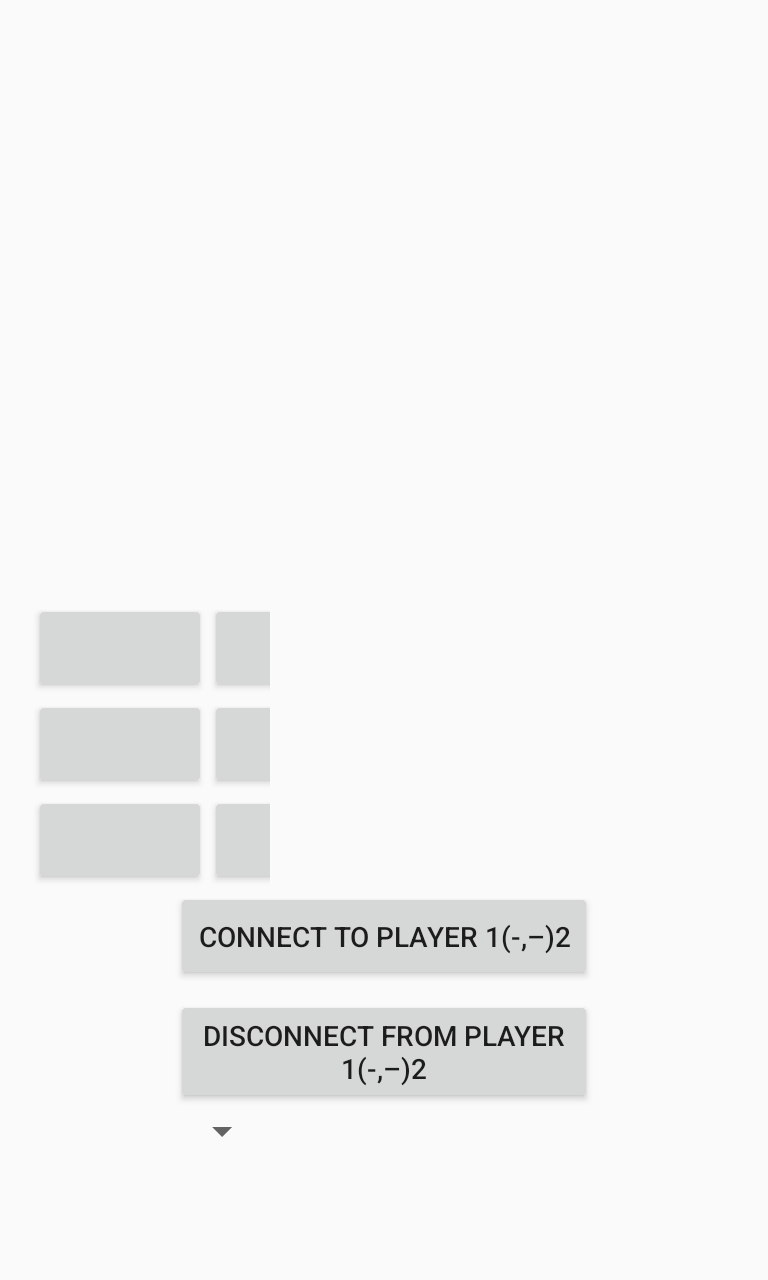
Repository: BananaGames/telecommProject
Layout: client/TelecommClient/res/layout/activity_main.xml
An editor plug-in stored every save of this project. The layout is shown before and after the next save, followed by the edit.
It is drawn on a 768 x 1280 px phone screen (xhdpi) without system bars, with theme AppTheme; the app's code is not run.

Above is the layout before, as saved 2014-11-17 23:52:19.

### client/TelecommClient/res/layout/activity_main.xml
<RelativeLayout xmlns:android="http://schemas.android.com/apk/res/android"
    xmlns:tools="http://schemas.android.com/tools"
    android:layout_width="match_parent"
    android:layout_height="match_parent"
    android:paddingBottom="@dimen/activity_vertical_margin"
    android:paddingLeft="@dimen/activity_horizontal_margin"
    android:paddingRight="@dimen/activity_horizontal_margin"
    android:paddingTop="@dimen/activity_vertical_margin"
    tools:context="com.example.telecommclient.MainActivity" >

    <Button
        android:id="@+id/buttonConnect"
        android:layout_width="wrap_content"
        android:layout_height="wrap_content"
        android:layout_alignParentBottom="true"
        android:layout_centerHorizontal="true"
        android:layout_marginBottom="132dp"
        android:text="@string/connect_string" />

    <Button
        android:id="@+id/button2"
        android:layout_width="wrap_content"
        android:layout_height="wrap_content"
        android:layout_alignLeft="@+id/buttonConnect"
        android:layout_alignRight="@+id/buttonConnect"
        android:layout_alignTop="@+id/buttonConnect"
        android:layout_marginTop="54dp"
        android:text="@string/disconnect_string" />

    <Spinner
        android:id="@+id/spinner1"
        android:layout_width="wrap_content"
        android:layout_height="wrap_content"
        android:layout_alignLeft="@+id/button2"
        android:layout_below="@+id/button2" />

    <TableLayout
        android:layout_width="wrap_content"
        android:layout_height="wrap_content"
        android:layout_above="@+id/buttonConnect"
        android:layout_alignParentLeft="true"
        android:layout_alignRight="@+id/spinner1" >

        <TableRow
            android:id="@+id/tableRow1"
            android:layout_width="wrap_content"
            android:layout_height="wrap_content" >

            <Button
                android:id="@+id/buttonTopLeft"
                android:layout_width="wrap_content"
                android:layout_height="wrap_content" />

            <Button
                android:id="@+id/buttonTopMiddle"
                android:layout_width="wrap_content"
                android:layout_height="wrap_content" />

            <Button
                android:id="@+id/buttonTopRight"
                android:layout_width="wrap_content"
                android:layout_height="wrap_content" />

        </TableRow>

        <TableRow
            android:id="@+id/tableRow2"
            android:layout_width="wrap_content"
            android:layout_height="wrap_content" >

            <Button
                android:id="@+id/buttonMidLeft"
                android:layout_width="wrap_content"
                android:layout_height="wrap_content"/>

            <Button
                android:id="@+id/buttonMidMid"
                android:layout_width="wrap_content"
                android:layout_height="wrap_content" />

            <Button
                android:id="@+id/buttonMidRight"
                android:layout_width="wrap_content"
                android:layout_height="wrap_content" />

        </TableRow>

        <TableRow
            android:id="@+id/tableRow3"
            android:layout_width="wrap_content"
            android:layout_height="wrap_content" >

            <Button
                android:id="@+id/buttonBotLeft"
                android:layout_width="wrap_content"
                android:layout_height="wrap_content" />

            <Button
                android:id="@+id/buttonBotMid"
                android:layout_width="wrap_content"
                android:layout_height="wrap_content" />

            <Button
                android:id="@+id/buttonBotRight"
                android:layout_width="wrap_content"
                android:layout_height="wrap_content" />

        </TableRow>
    </TableLayout>

</RelativeLayout>

### client/TelecommClient/res/values/strings.xml
<?xml version="1.0" encoding="utf-8"?>
<resources>

    <string name="app_name">TelecommClient</string>
    <string name="hello_world">Hello world!</string>
    <string name="action_settings">Settings</string>
    <string name="connect_string">Connect to Player 1(-,&#8211;)2</string>
	<string name="disconnect_string">Disconnect from Player 1(-,&#8211;)2</string>

</resources>

Loaded but not shown: client/TelecommClient/res/values/styles.xml (common file); client/TelecommClient/res/values-v11/styles.xml (common file); client/TelecommClient/res/values-v14/styles.xml (common file); client/TelecommClient/res/values/dimens.xml (common file); client/TelecommClient/res/values-w820dp/dimens.xml (common file)

After the next save:
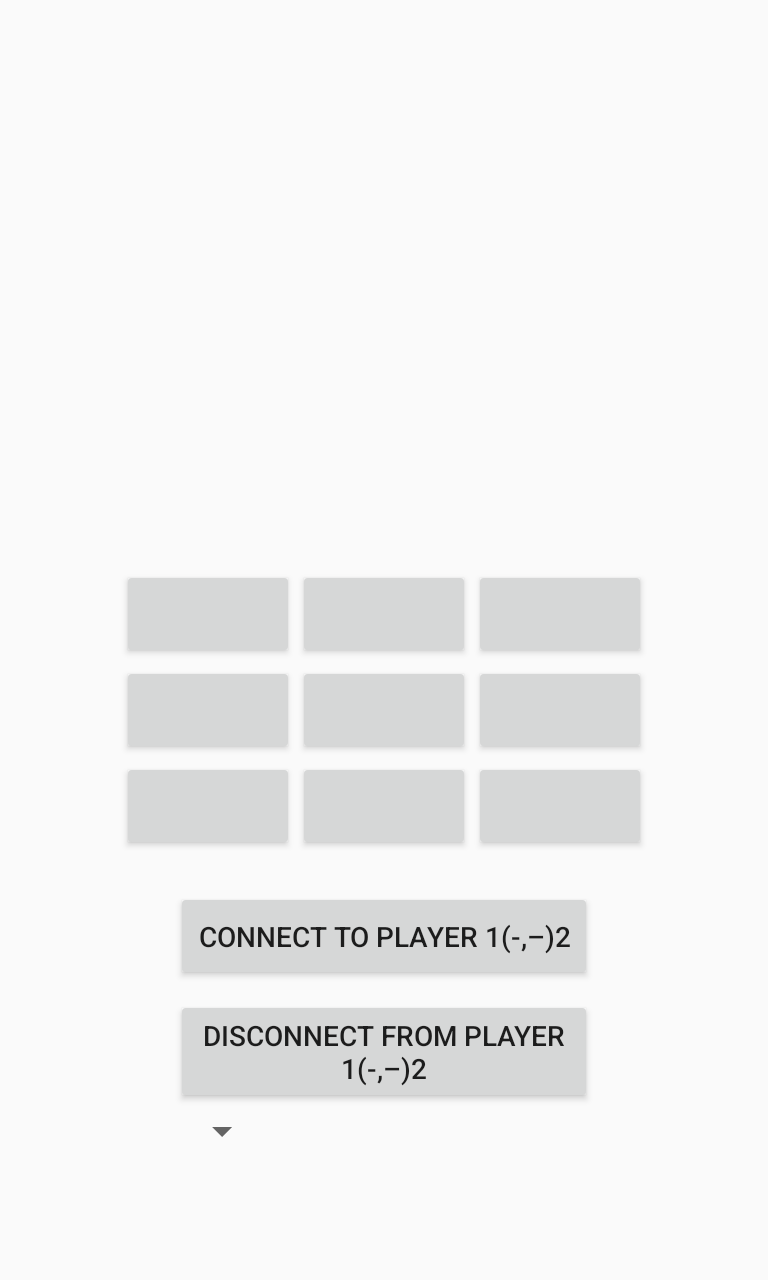
Saved 102 s later.
--- a/client/TelecommClient/res/layout/activity_main.xml
+++ b/client/TelecommClient/res/layout/activity_main.xml
@@ -38,8 +38,8 @@
         android:layout_width="wrap_content"
         android:layout_height="wrap_content"
         android:layout_above="@+id/buttonConnect"
-        android:layout_alignParentLeft="true"
-        android:layout_alignRight="@+id/spinner1" >
+        android:layout_centerHorizontal="true"
+        android:layout_marginBottom="17dp" >
 
         <TableRow
             android:id="@+id/tableRow1"
@@ -60,7 +60,6 @@
                 android:id="@+id/buttonTopRight"
                 android:layout_width="wrap_content"
                 android:layout_height="wrap_content" />
-
         </TableRow>
 
         <TableRow
@@ -71,7 +70,7 @@
             <Button
                 android:id="@+id/buttonMidLeft"
                 android:layout_width="wrap_content"
-                android:layout_height="wrap_content"/>
+                android:layout_height="wrap_content" />
 
             <Button
                 android:id="@+id/buttonMidMid"
@@ -82,7 +81,6 @@
                 android:id="@+id/buttonMidRight"
                 android:layout_width="wrap_content"
                 android:layout_height="wrap_content" />
-
         </TableRow>
 
         <TableRow
@@ -104,7 +102,6 @@
                 android:id="@+id/buttonBotRight"
                 android:layout_width="wrap_content"
                 android:layout_height="wrap_content" />
-
         </TableRow>
     </TableLayout>
 
